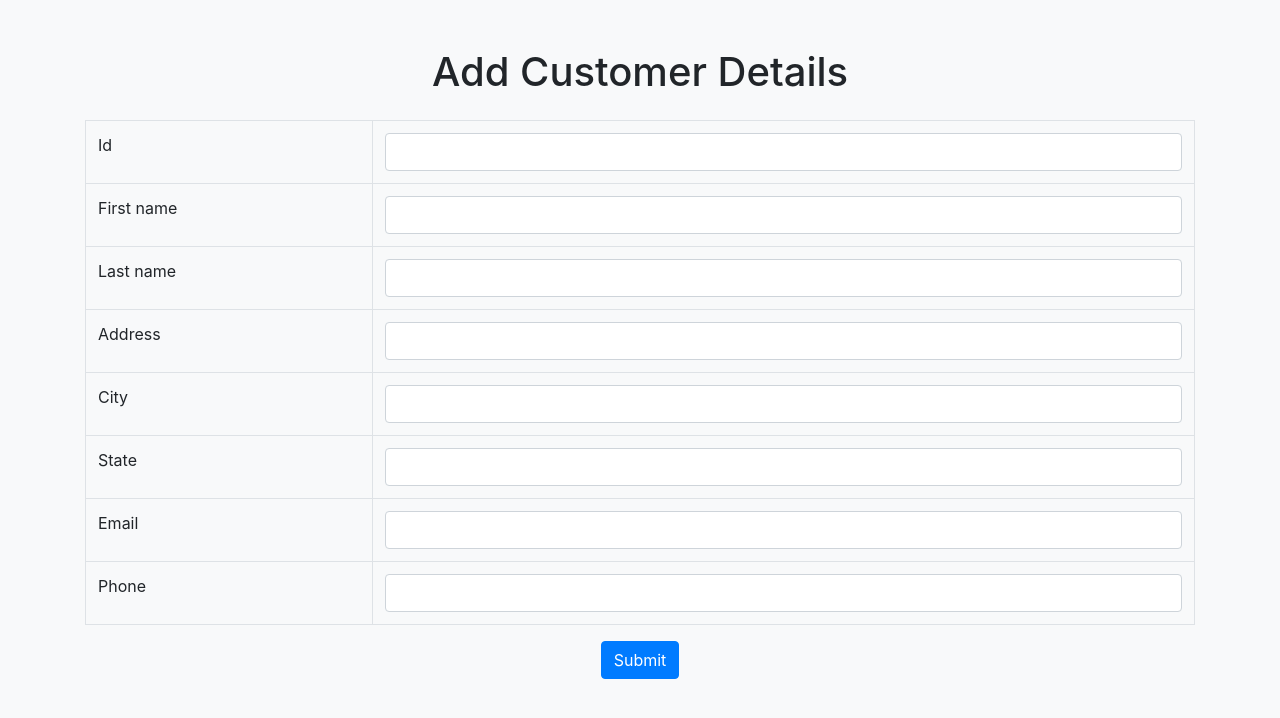
Repository: Shamanth-S/Customer-management
Page: User Management/src/main/webapp/add.html
An editor plug-in stored every save of this project. The page is shown before and after the next save, followed by the edit.
The browser window is 1280 px wide. The pictures show the whole page.

Above is the page before, as saved 2023-09-07 09:24:38.

### User Management/src/main/webapp/add.html
<!DOCTYPE html>
<html>
<head>
<meta charset="UTF-8">
<title>Add Customer</title>
<link rel="stylesheet" href="https://maxcdn.bootstrapcdn.com/bootstrap/4.5.2/css/bootstrap.min.css">
</head>
<body class="bg-light">
    <div class="container mt-5">
        <h1 class="text-center mb-4">Add Customer Details</h1>
        <form method="POST" action="Customer">
            <table class="table table-bordered">
                <tr>
                    <td>Id</td>
                    <td><input type="text" class="form-control" name="id" id="id" required></td>
                </tr>

                <tr>
                    <td>First name</td>
                    <td><input type="text" class="form-control" name="firstname" id="firstname" required></td>
                </tr>

                <tr>
                    <td>Last name</td>
                    <td><input type="text" class="form-control" name="lastname" id="lastname" required></td>
                </tr>

                <tr>
                    <td>Address</td>
                    <td><input type="text" class="form-control" name="address" id="address"></td>
                </tr>

                <tr>
                    <td>City</td>
                    <td><input type="text" class="form-control" name="city" id="city"></td>
                </tr>

                <tr>
                    <td>State</td>
                    <td><input type="text" class="form-control" name="state" id="state"></td>
                </tr>

                <tr>
                    <td>Email</td>
                    <td><input type="text" class="form-control" name="email" id="email"></td>
                </tr>

                <tr>
                    <td>Phone</td>
                    <td><input type="text" class="form-control" name="phone" id="phone"></td>
                </tr>
            </table>
            <div class="text-center">
                <input type="submit" class="btn btn-primary" value="Submit">
            </div>
        </form>
    </div>
</body>
</html>

After the next save:
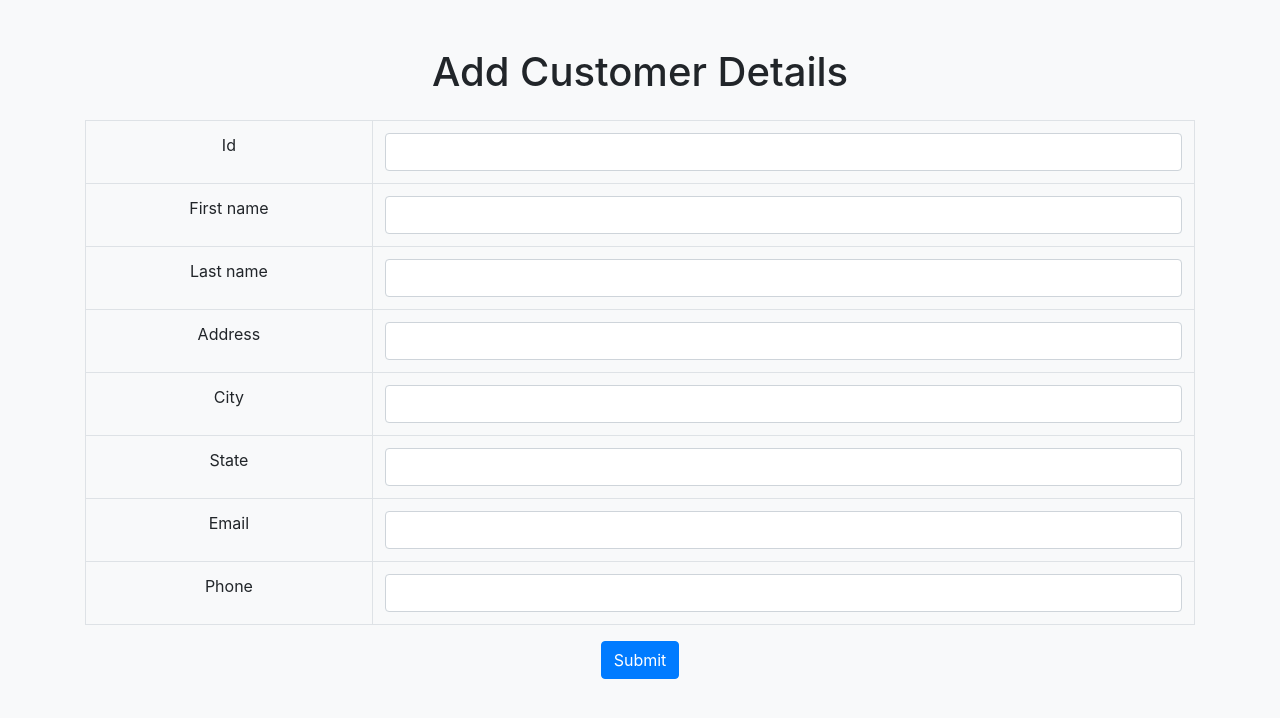
Saved 103 s later.
--- a/User Management/src/main/webapp/add.html
+++ b/User Management/src/main/webapp/add.html
@@ -6,10 +6,10 @@
 <link rel="stylesheet" href="https://maxcdn.bootstrapcdn.com/bootstrap/4.5.2/css/bootstrap.min.css">
 </head>
 <body class="bg-light">
-    <div class="container mt-5">
+    <div class="container mt-5 mx-auto">
         <h1 class="text-center mb-4">Add Customer Details</h1>
-        <form method="POST" action="Customer">
-            <table class="table table-bordered">
+        <form method="POST" action="Customer" class="text-center">
+            <table class="table table-bordered mx-auto">
                 <tr>
                     <td>Id</td>
                     <td><input type="text" class="form-control" name="id" id="id" required></td>
